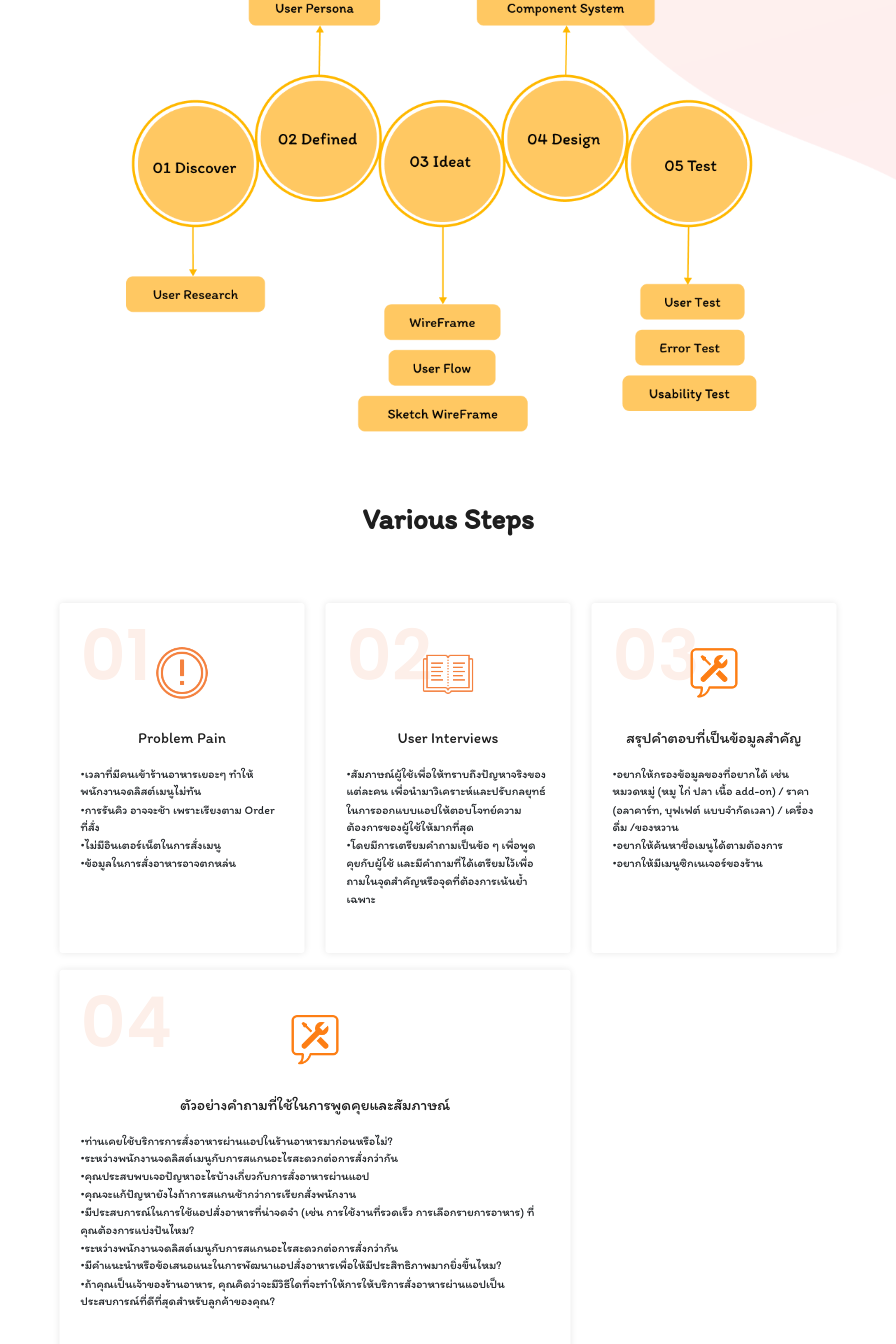
Repository: NicePS2546/Project-OSN
Page: index.html
An editor plug-in stored every save of this project. The page is shown before and after the next save, followed by the edit.
The browser window is 1280 px wide. The pictures show the part of the page from y = 3716 to 5636 px (the page is 6759 px tall), at 70% of full size.
Some web fonts or font styles are not loaded; a fallback is used.

Above is the page before, as saved 2024-03-25 16:30:04.

After the next save:
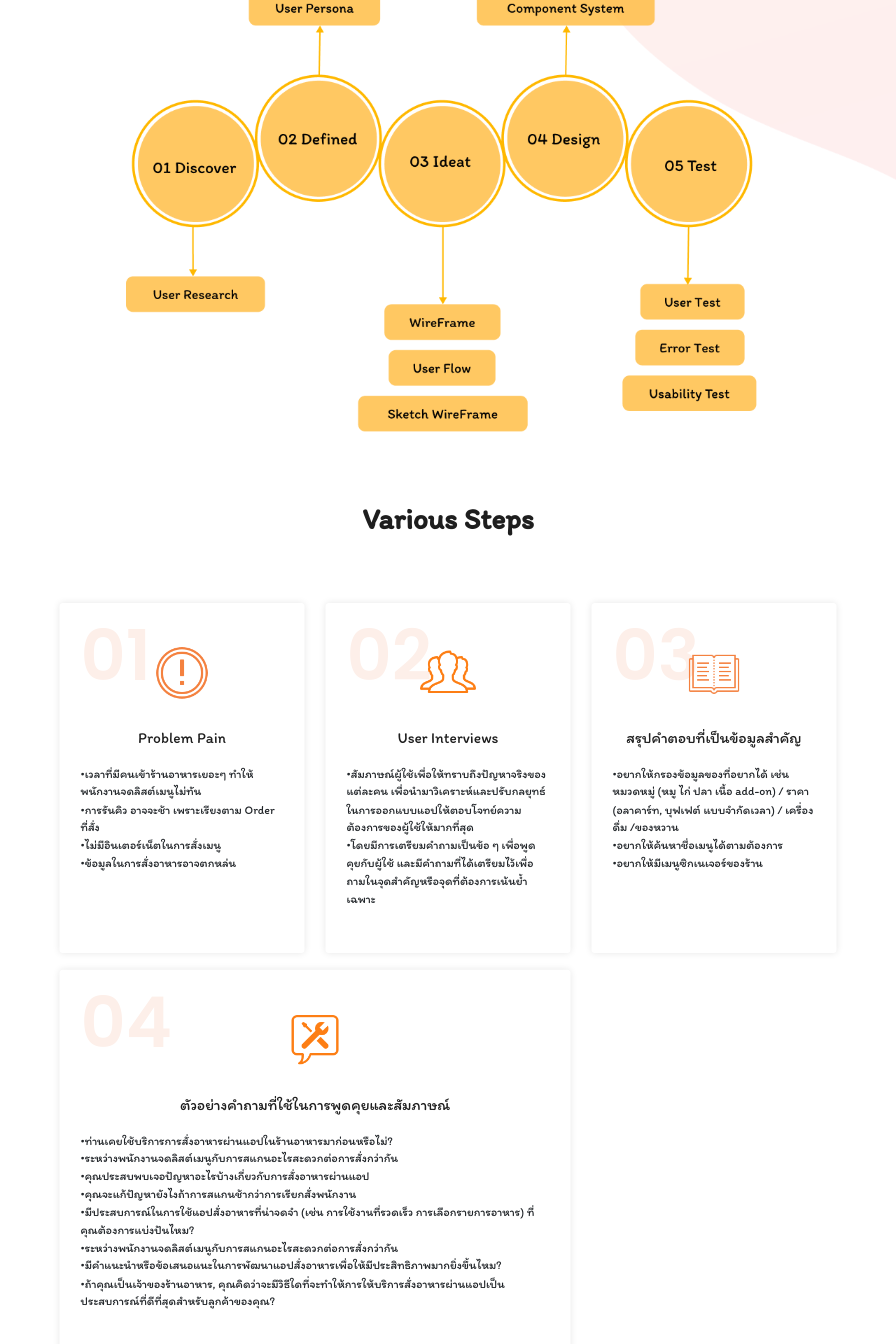
Saved 27 s later.
--- a/index.html
+++ b/index.html
@@ -303,7 +303,7 @@
               <div class="features-icon">
                 <h2>02</h2>
                 <img
-                  src="assets/image/icons8-book-80.png"
+                  src="assets/image/icons8-team-100.png"
                   width="80px"
                   height="80px"
                 />
@@ -329,7 +329,7 @@
               <div class="features-icon">
                 <h2>03</h2>
                 <img
-                  src="assets/image/icons8-utilities-100.png"
+                  src="assets/image/icons8-book-80.png"
                   width="80px"
                   height="80px"
                   alt=""
